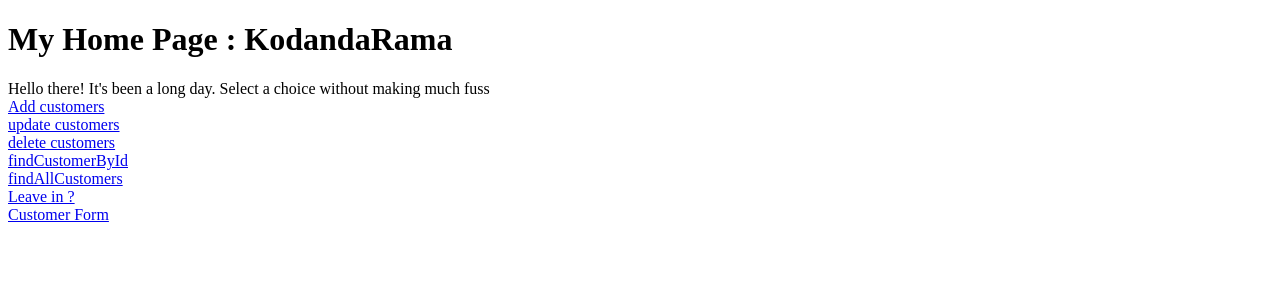
Repository: Rama-13/LaunchPadAllFiles
Page: java-workspace/SpringMVCDemo/WebContent/index.html
The author's editor kept a copy of each file at every save. The page is drawn from the files as they stood at one save, then again after the next save.
The browser window is 1280 px wide. The pictures show the whole page.

Above is the page before, as saved 2019-08-02 03:29:41.

After the next save:
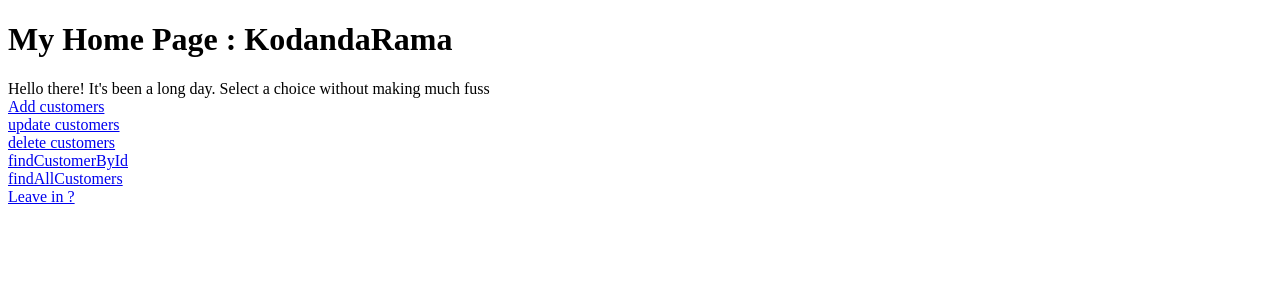
Saved 69 s later.
--- a/java-workspace/SpringMVCDemo/WebContent/index.html
+++ b/java-workspace/SpringMVCDemo/WebContent/index.html
@@ -7,13 +7,13 @@
 <body>
 <h1>My Home Page : KodandaRama</h1>
 Hello there! It's been a long day. Select a choice without making much fuss <br>
-<a href = "addcustomers.do">Add customers</a><br>
+<a href = "addcustomer.html">Add customers</a><br>
 <a href = "updatecustomers.do">update customers</a><br>
 <a href = "deletecustomers.do">delete customers</a><br>
 <a href = "findByIdcustomers.do">findCustomerById</a><br>
 <a href = "findAllcustomers.do">findAllCustomers</a><br>
 <a href = "leave.do">Leave in ?</a><br>
-<a href = "CustomerDetails.html">Customer Form</a>
+
 
 </body>
 </html>
